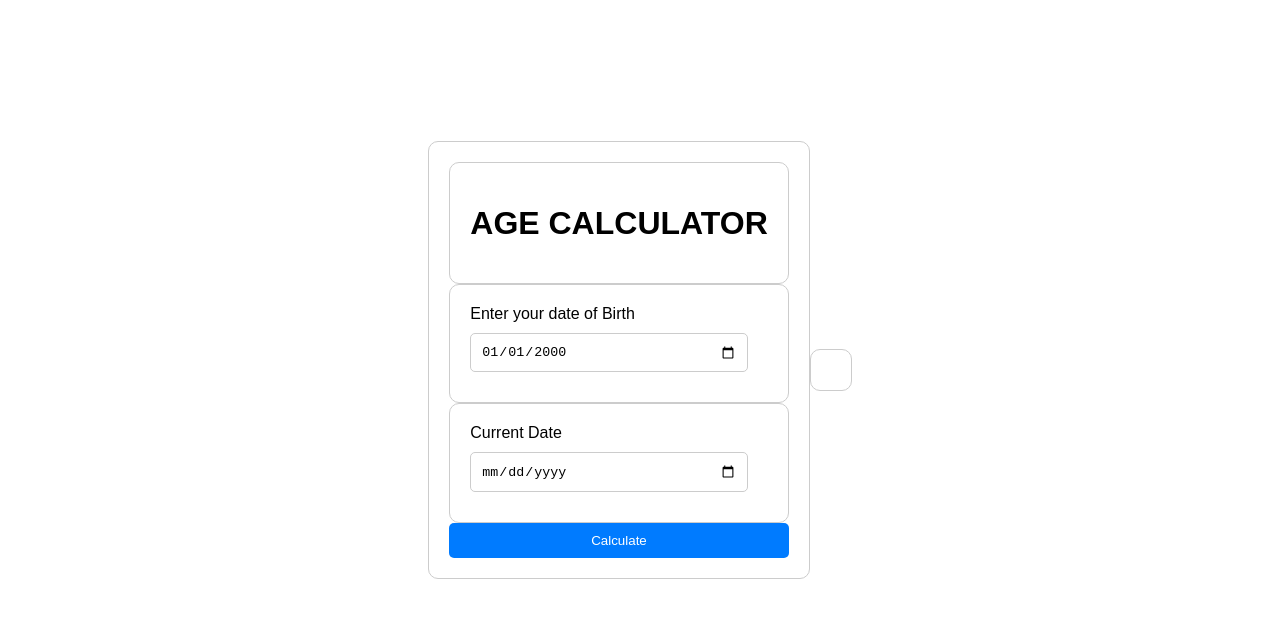
Repository: Femi007-gh/Calculator
Page: index.html
These files come from the project's save history. The page is drawn as it stood at one moment and after a run of saves; the edit follows.
The browser window is 1280 px wide. The pictures show the whole page.

Above is the page before, as saved 2025-03-27 18:00:39.

### index.html
<html>
  <head>
    <title>CALCULATOR MINI PROJECT</title>
    <script src="script.js"></script>
    <link rel="stylesheet" href="style.css">
  </head>
  <body>
    <div>
      <div>
        <h1>AGE CALCULATOR</h1>
      </div>
      <div>
        <label>Enter your date of Birth</label>
        <input id="inputDOB" type="date" value="2000-01-01">
      </div>
      <div>
        <label>Current Date</label>
        <input id="cDOB" type="date" value="">
      </div>
      <button type="button" onclick="getDOB()">Calculate</button>
    </div>
    <div id="CurrentAge"></div>
  </body>
</html>

### script.js
function getDOB() {

  const dobInput = document.getElementById('inputDOB').value;
  const currentDateInput = document.getElementById('cdate').value;

    if(!dobInput || !currentDateInput) {
      alert('Please enter both Date of Birth and Current Date.');
      return;
    }
    const dob = new Date(currentDateInput);
    const currentDate = new Date(currentDateInput);
    let age = currentDate.getFullYear() - dob.getFullYear();
    const monthDifference = currentDate.getMonth() - dob.getMonth();
    if (monthDifference < 0 || (monthDifference === 0 && currentDate.getDate() < dob.getDate())) {
      age--;
    }
    document.getElementById('currentAge').textContent = `Your age is ${age} years.`;
}

### style.css
body {
  font-family: Arial, sans-serif;
  display: flex;
  justify-content: center;
  align-items: center;
  height: 100vh;
  margin: 0;
}

div {
  border: 1px solid #ccc;
  padding: 20px;
  border-radius: 10px;
}

h1 {
  text-align: center;
}

label {
  display: block;
  margin-bottom: 10px;
}

input[type="date"] {
  width: calc(100% - 20px);
  padding: 10px;
  margin-bottom: 10px;
  border-radius: 5px;
  border: 1px solid #ccc;
}

button {
  width: 100%;
  background-color: #007bff;
  color: white;
  padding: 10px;
  border: none;
  border-radius: 5px;
  cursor: pointer;
}

button:hover {
  background-color: #0056b3;
}

#currentAge {
  text-align: center;
  margin-top: 20px;
  font-size: 18px;
}

After the next 2 saves:
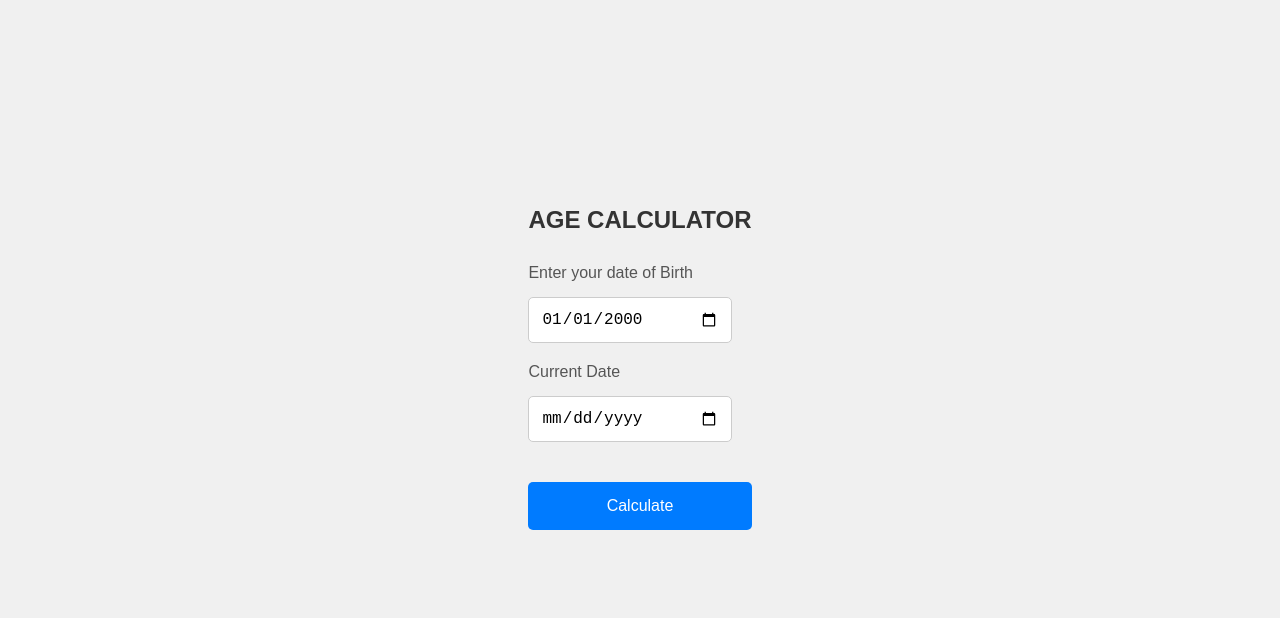
The 2 saves are shown as one change because they came seconds apart.
The last was saved 27 min 55 s later.
--- a/style.css
+++ b/style.css
@@ -5,39 +5,52 @@ body {
   align-items: center;
   height: 100vh;
   margin: 0;
+  background-color: #f0f0f0;
 }
 
-div {
+.container {
+  background-color: white;
   border: 1px solid #ccc;
-  padding: 20px;
-  border-radius: 10px;
+  padding: 40px;
+  border-radius: 15px;
+  box-shadow: 0 4px 8px rgba(0, 0, 0, 0.1);
+  width: 400px;
 }
 
 h1 {
   text-align: center;
+  margin-bottom: 30px;
+  font-size: 24px;
+  color: #333;
 }
 
 label {
   display: block;
-  margin-bottom: 10px;
+  margin-bottom: 15px;
+  font-size: 16px;
+  color: #555;
 }
 
 input[type="date"] {
   width: calc(100% - 20px);
-  padding: 10px;
-  margin-bottom: 10px;
+  padding: 12px;
+  margin-bottom: 20px;
   border-radius: 5px;
   border: 1px solid #ccc;
+  font-size: 16px;
 }
 
 button {
   width: 100%;
   background-color: #007bff;
   color: white;
-  padding: 10px;
+  padding: 15px;
   border: none;
   border-radius: 5px;
+  font-size: 16px;
   cursor: pointer;
+  transition: background-color 0.3s ease;
+  margin-top: 20px;
 }
 
 button:hover {
@@ -46,6 +59,7 @@ button:hover {
 
 #currentAge {
   text-align: center;
-  margin-top: 20px;
+  margin-top: 30px;
   font-size: 18px;
+  color: #333;
 }
